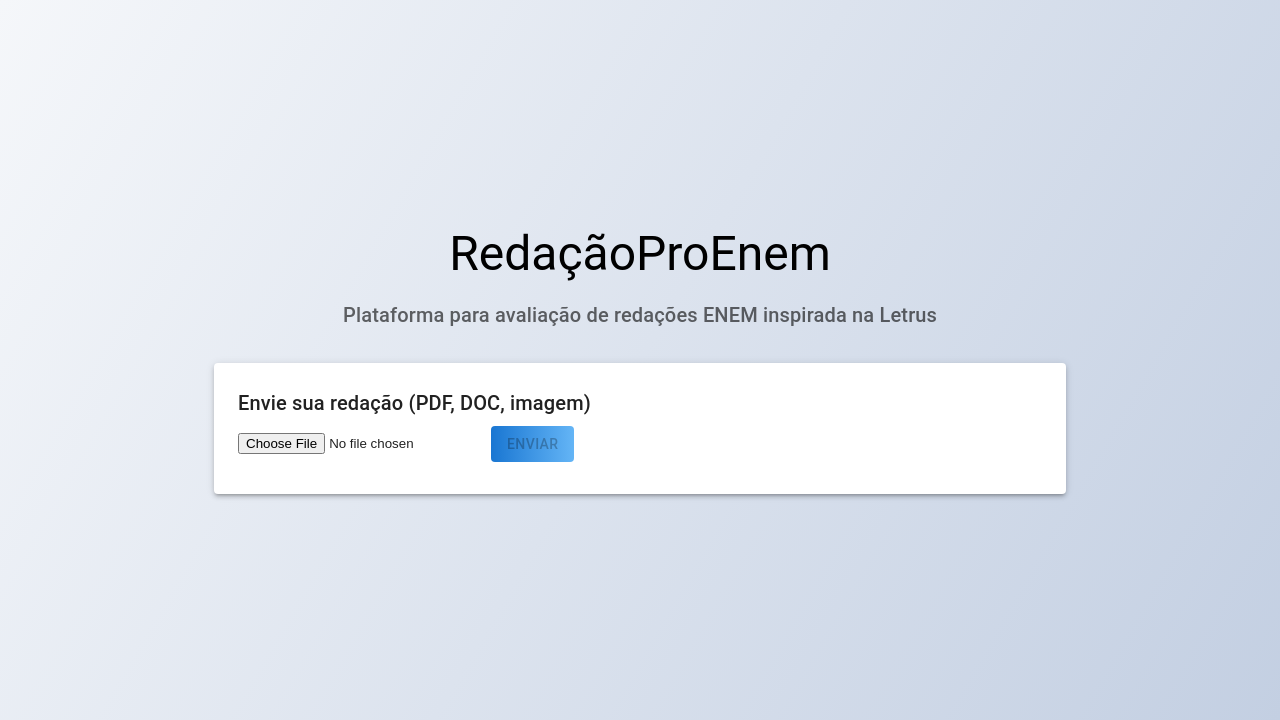
Repository: Matheus904-12/redacao-pro-app
Page: / (app in RedacaoProEnem/frontend/)
The author's editor kept a copy of each file at every save. The page is drawn from the files as they stood at one save, then again after the next save.
The browser window is 1280 px wide. The pictures show the whole page.
The page's requests for data from a server got no answer. The project was rebuilt for these pictures with package versions that can differ from the ones it lists, and the page was loaded fresh each time. No one was signed in, and anything a server would have sent is missing. Also part of the build but not shown: RedacaoProEnem/frontend/src/components/ResultadoArea.jsx.

Above is the page before, as saved 2025-08-11 18:46:14.

### RedacaoProEnem/frontend/index.html
<!DOCTYPE html>
<html lang="pt-br">
  <head>
    <meta charset="UTF-8" />
    <meta name="viewport" content="width=device-width, initial-scale=1.0" />
    <title>RedaçãoProEnem</title>
    <link rel="icon" href="/favicon.ico" />
  </head>
  <body>
    <div id="root"></div>
    <script type="module" src="/src/main.jsx"></script>
  </body>
</html>

### RedacaoProEnem/frontend/src/App.jsx
import React from 'react';
import { Container, Typography, Box } from '@mui/material';
import UploadArea from './components/UploadArea';
import './App.css';

export default function App() {
  return (
    <Container maxWidth="md">
      <Box sx={{ my: 4 }}>
        <Typography variant="h3" align="center" gutterBottom>
          RedaçãoProEnem
        </Typography>
        <Typography variant="h6" align="center" color="text.secondary" gutterBottom>
          Plataforma para avaliação de redações ENEM inspirada na Letrus
        </Typography>
        <UploadArea />
      </Box>
    </Container>
  );
}

### RedacaoProEnem/frontend/src/index.css
body {
  margin: 0;
  font-family: 'Roboto', Arial, sans-serif;
  background: linear-gradient(120deg, #f5f7fa 0%, #c3cfe2 100%);
}

#root {
  min-height: 100vh;
  display: flex;
  align-items: center;
  justify-content: center;
}

### RedacaoProEnem/frontend/src/components/UploadArea.jsx

import React, { useState } from 'react';
import { Box, Button, Typography, Paper, CircularProgress } from '@mui/material';
import { uploadRedacao } from '../services/api';
import ResultadoArea from './ResultadoArea';

export default function UploadArea() {
  const [file, setFile] = useState(null);
  const [preview, setPreview] = useState(null);
  const [loading, setLoading] = useState(false);
  const [resultado, setResultado] = useState(null);

  function handleFileChange(e) {
    const f = e.target.files[0];
    setFile(f);
    setResultado(null);
    if (f && f.type.startsWith('image/')) {
      setPreview(URL.createObjectURL(f));
    } else {
      setPreview(null);
    }
  }

  async function handleUpload() {
    setLoading(true);
    try {
      const res = await uploadRedacao(file);
      setResultado(res);
    } catch (err) {
      setResultado({ texto: '', iaDetectado: false, competencias: [], error: 'Erro ao enviar.' });
    }
    setLoading(false);
  }

  return (
    <>
      <Paper elevation={3} sx={{ p: 3, mt: 4 }}>
        <Typography variant="h6" gutterBottom>
          Envie sua redação (PDF, DOC, imagem)
        </Typography>
        <input
          type="file"
          accept=".pdf,.doc,.docx,image/*"
          onChange={handleFileChange}
          style={{ marginBottom: 16 }}
        />
        {preview && (
          <Box sx={{ mb: 2 }}>
            <img src={preview} alt="Preview" style={{ maxWidth: '100%', maxHeight: 200 }} />
          </Box>
        )}
        <Button variant="contained" color="primary" onClick={handleUpload} disabled={!file || loading}>
          {loading ? <CircularProgress size={24} /> : 'Enviar'}
        </Button>
      </Paper>
      <ResultadoArea resultado={resultado} />
    </>
  );
}

### RedacaoProEnem/frontend/src/App.css
/* Estilos adicionais para o App */
.MuiPaper-root {
  border-radius: 16px;
  background: #fff;
}

.MuiButton-containedPrimary {
  background: linear-gradient(90deg, #1976d2 0%, #64b5f6 100%);
  color: #fff;
}

### RedacaoProEnem/frontend/src/services/api.js
// Serviço para integração com o backend
const API_URL = 'http://localhost:3001';


export async function uploadRedacao(file, nomeAluno = 'Aluno') {
  const formData = new FormData();
  formData.append('file', file);
  formData.append('nomeAluno', nomeAluno);
  const res = await fetch(`${API_URL}/upload`, {
    method: 'POST',
    body: formData,
  });
  return res.json();
}

export async function getRedacoes() {
  const res = await fetch(`${API_URL}/redacoes`);
  return res.json();
}

### RedacaoProEnem/frontend/src/components/RedacoesList.jsx
import React, { useEffect, useState } from 'react';
import { Paper, Typography, List, ListItem, ListItemText, Divider } from '@mui/material';
import { getRedacoes } from '../services/api';

export default function RedacoesList() {
  const [redacoes, setRedacoes] = useState([]);
  const [loading, setLoading] = useState(true);

  useEffect(() => {
    async function fetchRedacoes() {
      setLoading(true);
      const lista = await getRedacoes();
      setRedacoes(lista);
      setLoading(false);
    }
    fetchRedacoes();
  }, []);

  return (
    <Paper elevation={2} sx={{ p: 2, mt: 4 }}>
      <Typography variant="h6" gutterBottom>Redações Arquivadas</Typography>
      {loading ? <Typography>Carregando...</Typography> : (
        <List>
          {redacoes.map((r, idx) => (
            <React.Fragment key={r._id}>
              <ListItem alignItems="flex-start">
                <ListItemText
                  primary={r.nomeAluno}
                  secondary={
                    <>
                      <Typography variant="body2" color={r.iaDetectado ? 'error' : 'success.main'}>
                        {r.iaDetectado ? 'IA detectada' : 'Sem IA'}
                      </Typography>
                      <Typography variant="body2">Arquivo: {r.arquivoOriginal}</Typography>
                      <Typography variant="body2">Enviado: {new Date(r.dataEnvio).toLocaleString()}</Typography>
                      <Typography variant="body2" sx={{ mt: 1 }}>Trecho: {r.texto.slice(0, 120)}...</Typography>
                    </>
                  }
                />
              </ListItem>
              <Divider />
            </React.Fragment>
          ))}
        </List>
      )}
    </Paper>
  );
}

Loaded but not shown: RedacaoProEnem/frontend/src/main.jsx (common file)

After the next save:
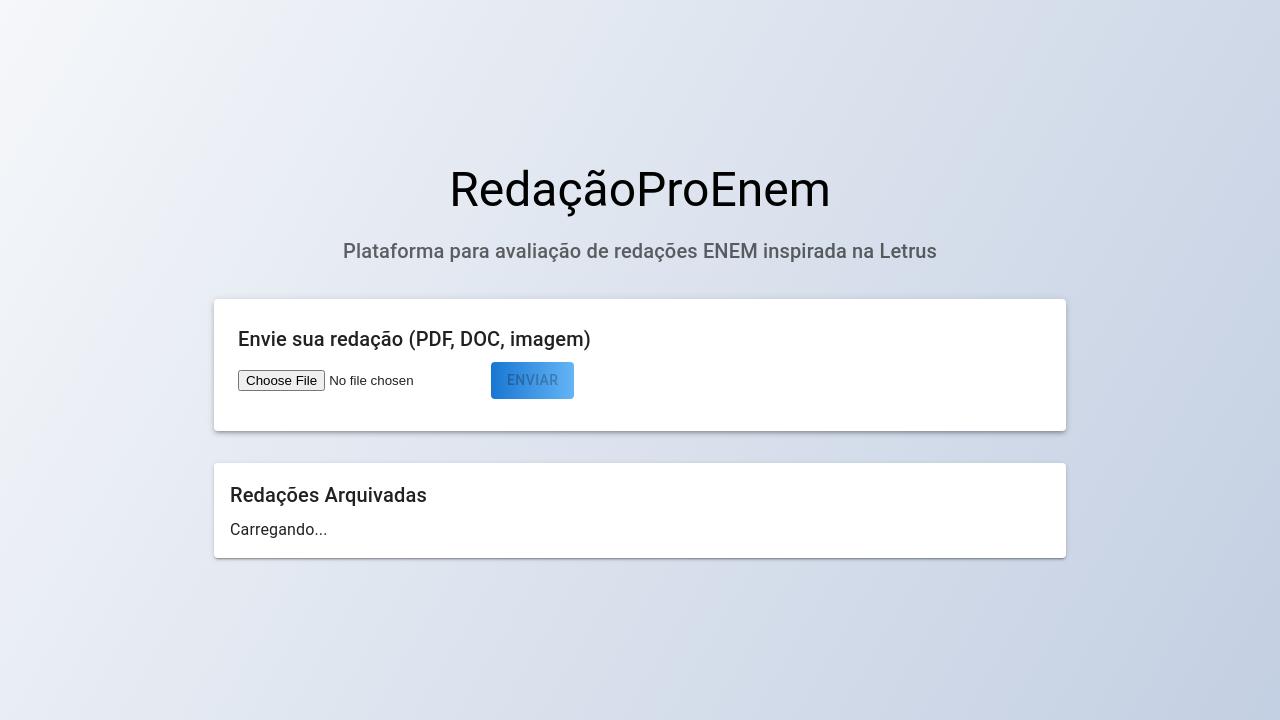
Saved 5 s later.
--- a/RedacaoProEnem/frontend/src/App.jsx
+++ b/RedacaoProEnem/frontend/src/App.jsx
@@ -1,6 +1,7 @@
 import React from 'react';
 import { Container, Typography, Box } from '@mui/material';
 import UploadArea from './components/UploadArea';
+import RedacoesList from './components/RedacoesList';
 import './App.css';
 
 export default function App() {
@@ -14,6 +15,7 @@
           Plataforma para avaliação de redações ENEM inspirada na Letrus
         </Typography>
         <UploadArea />
+        <RedacoesList />
       </Box>
     </Container>
   );
